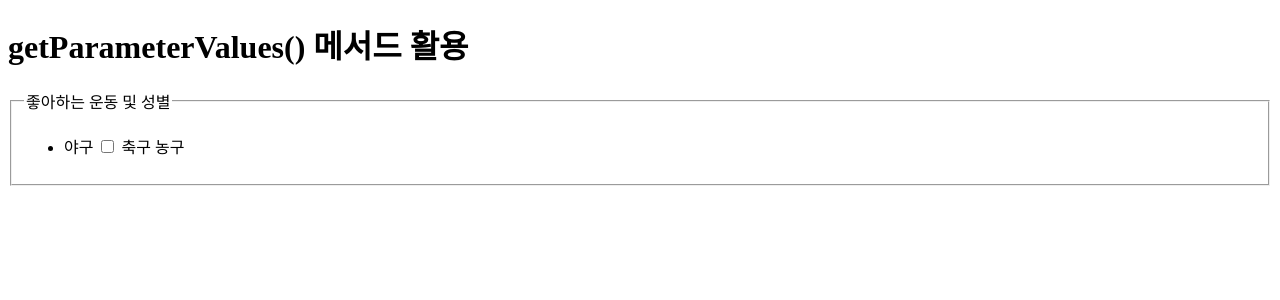
Repository: ghs0814/jsp-workspace
Page: http://localhost/ServletProject/login/Sport.jsp
These files come from the project's save history. The page is drawn as it stood at one moment and after the next save; the edit follows.
The browser window is 1280 px wide. The pictures show the whole page.
The page is served by Tomcat 9.

Above is the page before, as saved 2026-05-20 04:04:00.

After the next save:
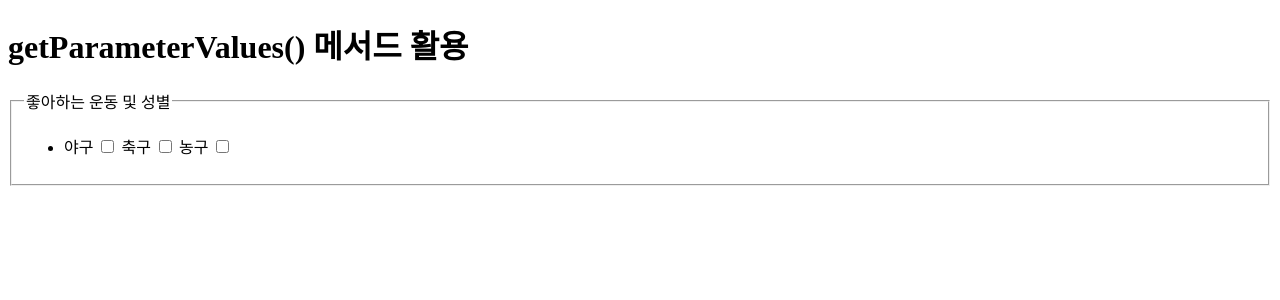
Saved 14 s later.
--- a/ServletProject/src/main/webapp/login/Sport.jsp
+++ b/ServletProject/src/main/webapp/login/Sport.jsp
@@ -16,7 +16,9 @@
 						<label>야구</label>
 						<input type="checkbox" name="sports" value="야구">
 						<label>축구</label>
+						<input type="checkbox" name="sports" value="축구">
 						<label>농구</label>
+						<input type="checkbox" name="sports" value="농구">
 					</li>
 				</ul>
 		</fieldset>
